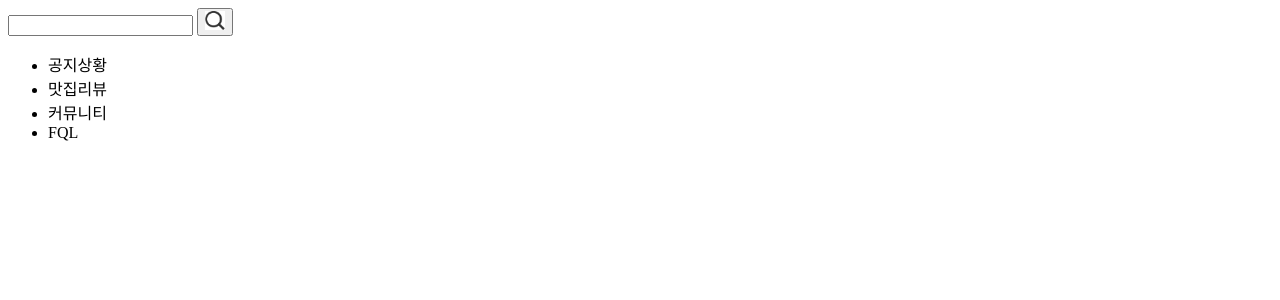
Repository: cally91/VegetLife
Page: http://localhost/VegetLife/
These files come from the project's save history. The page is drawn as it stood at one moment and after the next save; the edit follows.
The browser window is 1280 px wide. The pictures show the whole page.
The page is served by Tomcat 9.

Above is the page before, as saved 2019-07-10 03:25:31.

After the next save:
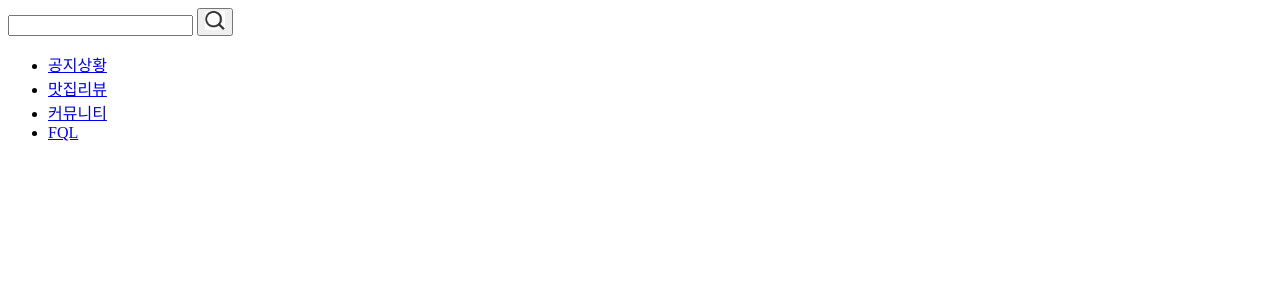
Saved 2 min 39 s later.
--- a/VegetLife/src/main/webapp/WEB-INF/views/home.jsp
+++ b/VegetLife/src/main/webapp/WEB-INF/views/home.jsp
@@ -14,10 +14,10 @@
 	<button><img src="${pageContext.request.contextPath}/resources/image/images.png"  class="img1" width="20px" ></img></button>
 	</form>
 	<ul>
-		<li href="#">공지상황</li>
-		<li>맛집리뷰</li>
-		<li>커뮤니티</li>
-		<li>FQL</li>
+		<li><a href="#">공지상황</a></li>
+		<li><a href="#">맛집리뷰</li>
+		<li><a href="#">커뮤니티</li>
+		<li><a href="#">FQL</li>
 	</ul>
 
 </body>
